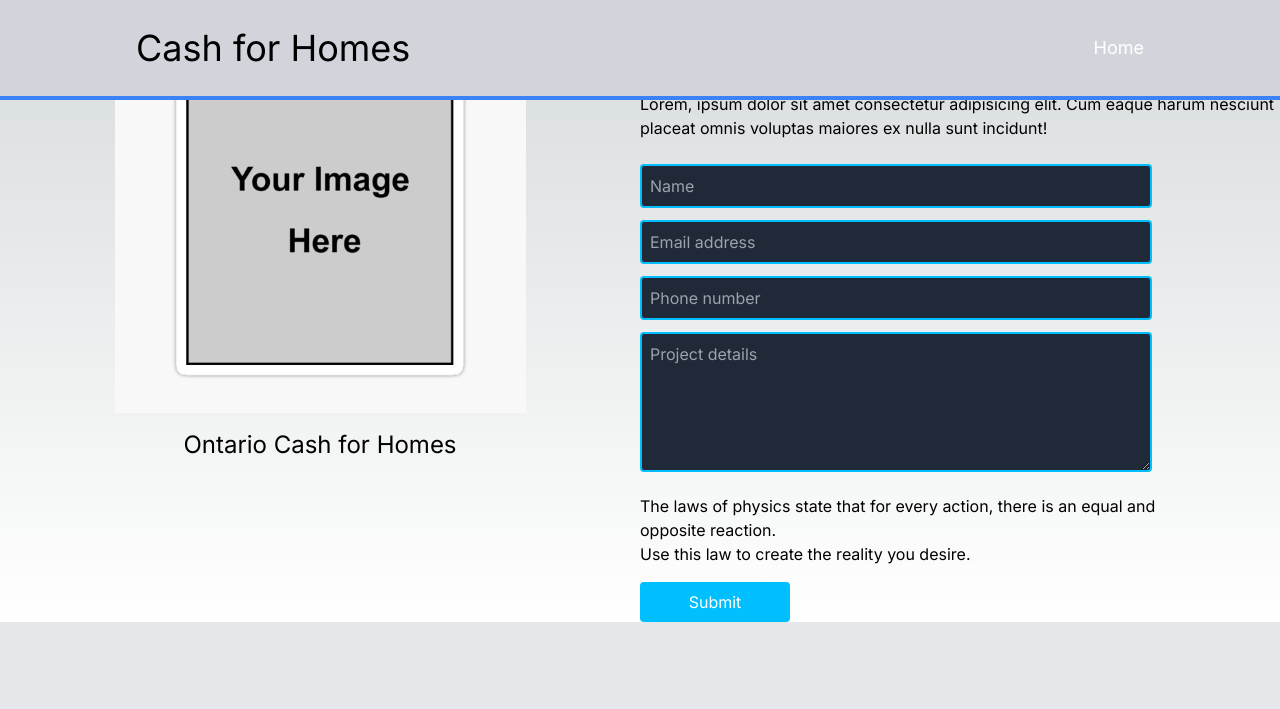
Repository: TMuse333/cash-for-homes
Page: /jv-partners (app in frontend/)
The author's editor kept a copy of each file at every save. The page is drawn from the files as they stood at one save, then again after the next save.
The browser window is 1280 px wide. The pictures show the whole page.
The project was rebuilt for these pictures with package versions that can differ from the ones it lists, and the page was loaded fresh each time. The framework's server and built-in components were replaced by stand-ins that run in the browser. Also part of the build but not shown: frontend/next.config.mjs.

Above is the page before, as saved 2024-08-03 17:26:29.

After the next save:
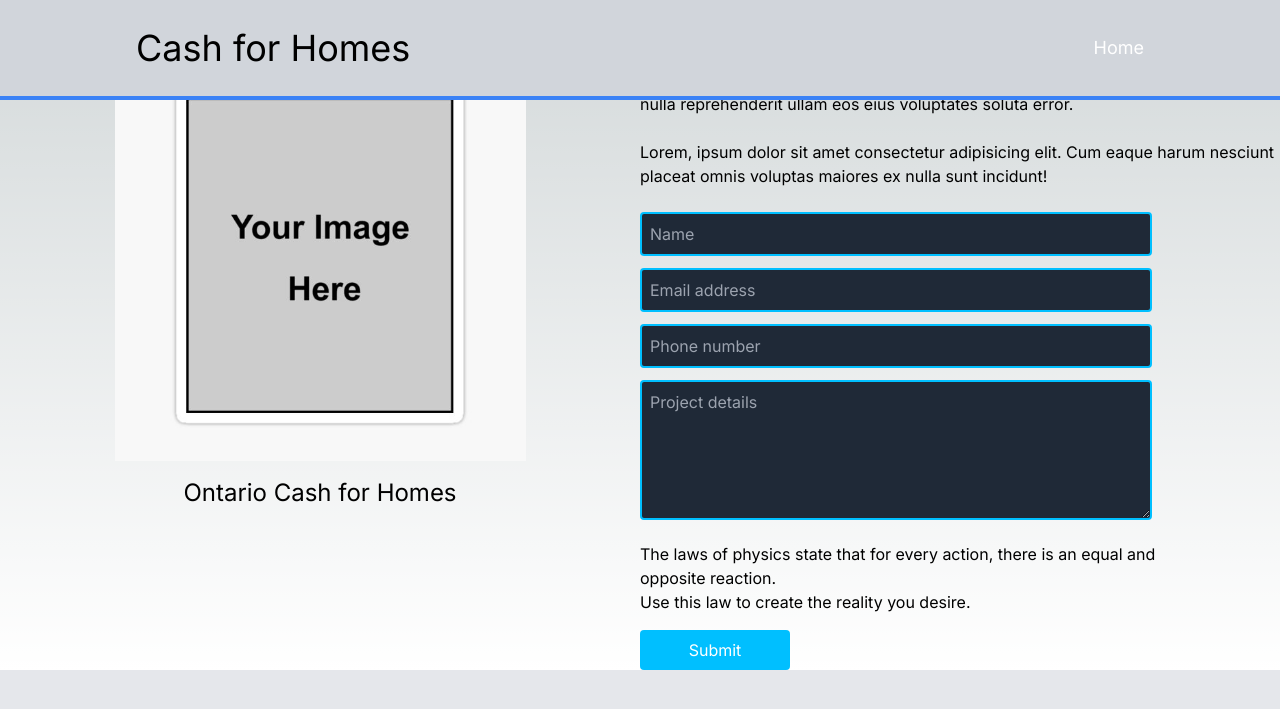
Saved 7 s later.
--- a/frontend/src/app/jv-partners/page.tsx
+++ b/frontend/src/app/jv-partners/page.tsx
@@ -16,7 +16,8 @@ const ContactPage = () => {
     return <>
     <Navbar links={links}
     />
-    <main className="w-screen overflow-x-hidden">
+    <main className="w-screen overflow-x-hidden
+    mt-[3rem]">
         <ContactForm/>
     </main>
     </>
